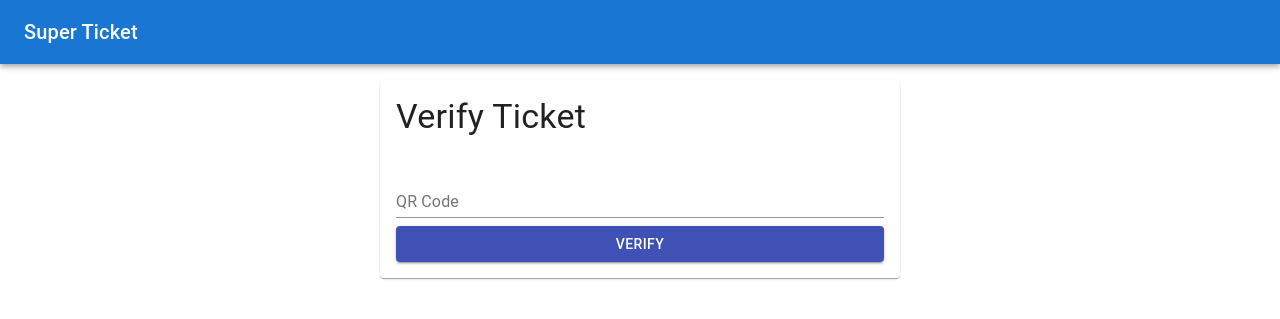
Repository: ferugarte/superticket
Page: /verify-ticket (app in frontend/)
These files come from the project's save history. The page is drawn as it stood at one moment and after the next save; the edit follows.
The browser window is 1280 px wide. The pictures show the whole page.
The project was rebuilt for these pictures with package versions that can differ from the ones it lists, and the page was loaded fresh each time. Also part of the build but not shown: frontend/src/components/EventList.jsx, frontend/src/components/EventDetail.jsx, frontend/src/components/CreateEvent.jsx, frontend/src/components/TicketList.jsx, frontend/src/components/AssignTicket.jsx.

Above is the page before, as saved 2024-04-15 15:37:40.

After the next save:
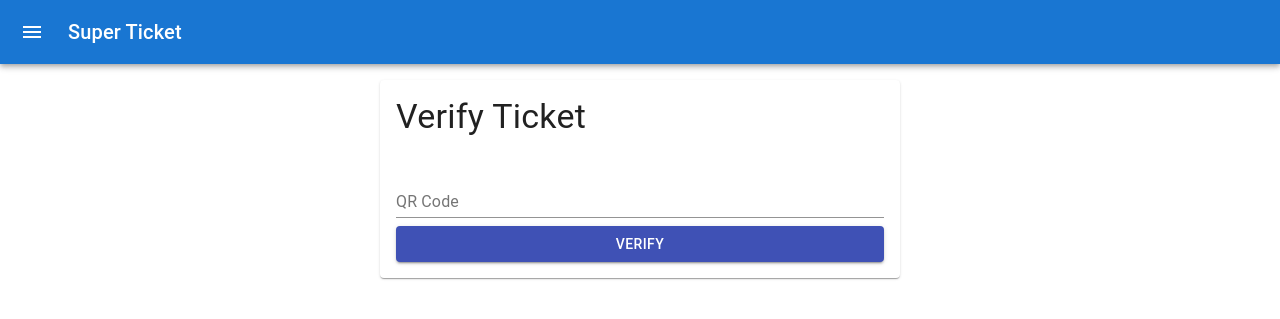
Saved 2 min 16 s later.
--- a/frontend/src/components/Header.jsx
+++ b/frontend/src/components/Header.jsx
@@ -1,34 +1,60 @@
 // src/components/Header.jsx
-import React from 'react';
-import AppBar from '@mui/material/AppBar';
-import Toolbar from '@mui/material/Toolbar';
-import Typography from '@mui/material/Typography';
+import React, { useState } from 'react';
+import { AppBar, Toolbar, Typography, IconButton, Drawer, List, ListItem, ListItemText, styled } from '@mui/material';
+import MenuIcon from '@mui/icons-material/Menu';
 import { Link as RouterLink } from 'react-router-dom';
-import { styled } from '@mui/material/styles';
 
 const StyledToolbar = styled(Toolbar)({
-    justifyContent: 'space-between', // Centers items on the toolbar
+    justifyContent: 'space-between',
 });
 
 const Header = () => {
+    const [isDrawerOpen, setIsDrawerOpen] = useState(false);
+
+    const toggleDrawer = (open) => (event) => {
+        if (event.type === 'keydown' && (event.key === 'Tab' || event.key === 'Shift')) {
+            return;
+        }
+        setIsDrawerOpen(open);
+    };
+
     return (
-        <AppBar position="static">
-            <StyledToolbar>
-                <Typography
-                    variant="h6"
-                    component={RouterLink}
-                    to="/"
-                    sx={{
-                        textDecoration: 'none', // Removes underline from link
-                        color: 'inherit', // Inherits the white color from AppBar
-                        flexGrow: 1 // Allows the title to take up the full space if no other elements are on the Toolbar
-                    }}
-                >
-                    Super Ticket
-                </Typography>
-                {/* Add additional navigation links or buttons here if needed */}
-            </StyledToolbar>
-        </AppBar>
+        <>
+            <AppBar position="static">
+                <StyledToolbar>
+                    <IconButton
+                        edge="start"
+                        color="inherit"
+                        aria-label="menu"
+                        onClick={toggleDrawer(true)}
+                        sx={{ mr: 2 }}
+                    >
+                        <MenuIcon />
+                    </IconButton>
+                    <Typography variant="h6" component={RouterLink} to="/" sx={{ flexGrow: 1, textDecoration: 'none', color: 'inherit' }}>
+                        Super Ticket
+                    </Typography>
+                </StyledToolbar>
+            </AppBar>
+            <Drawer
+                anchor="left"
+                open={isDrawerOpen}
+                onClose={toggleDrawer(false)}
+            >
+                <List>
+                    <ListItem button component={RouterLink} to="/" onClick={toggleDrawer(false)}>
+                        <ListItemText primary="Home" />
+                    </ListItem>
+                    <ListItem button component={RouterLink} to="/events" onClick={toggleDrawer(false)}>
+                        <ListItemText primary="Events" />
+                    </ListItem>
+                    <ListItem button component={RouterLink} to="/about" onClick={toggleDrawer(false)}>
+                        <ListItemText primary="About" />
+                    </ListItem>
+                    {/* Add more navigation links as needed */}
+                </List>
+            </Drawer>
+        </>
     );
 };
 
